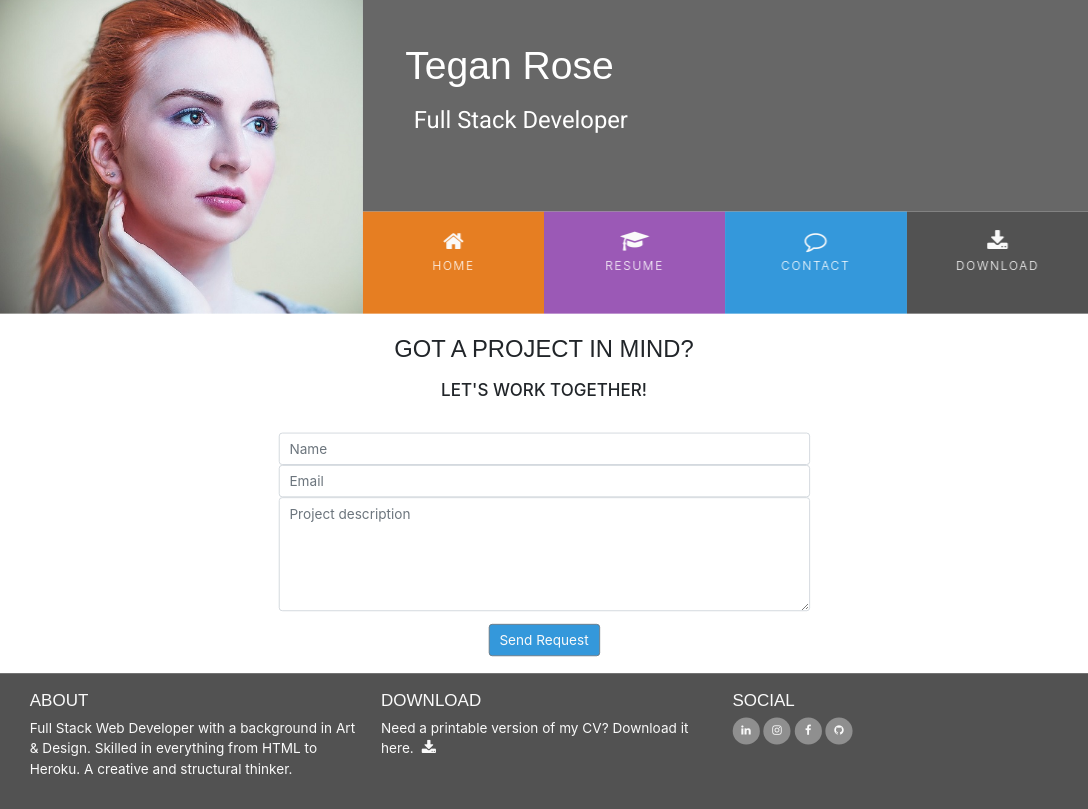
Repository: TSRose/Resume
Page: contact.html
The author's editor kept a record of every edit. The page is drawn from the files as they stood at one moment, then again after the next edit.
The browser window is 1280 px wide. The pictures show the whole page, at 85% of full size.

Above is the page before.

After the next edit:
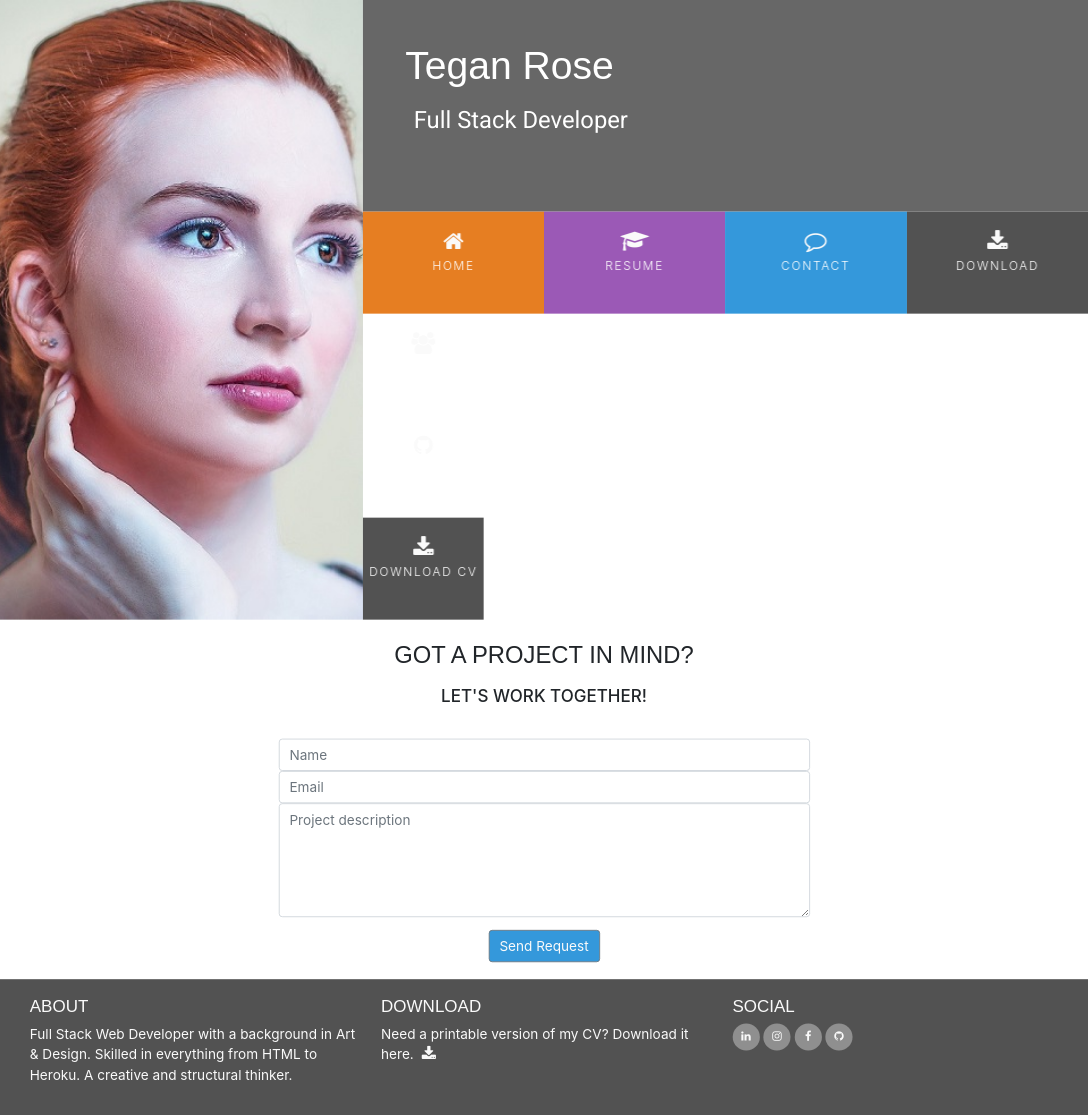
The edit:
--- a/contact.html
+++ b/contact.html
@@ -40,6 +40,15 @@
                             <li class="col-6 col-sm-3 ui-menu-color-download list-inline-item menuitem">
                                 <a href="assets/cv/trose_resume.pdf" target="_blank" class="hvr-sweep-to-bottom"><i class="fa fa-download" aria-hidden="true"></i><span>Download</span></a>
                             </li>
+                            <li class="col-xs-6 col-sm-2 ui-menu-color-interests menuitem">
+                                <a href="interests.html" class="hvr-sweep-to-bottom"><i class="fa fa-users" aria-hidden="true"></i><span>Interests</span></a>
+                            </li>
+                            <li class="col-xs-6 col-sm-2 ui-menu-color-github menuitem">
+                                <a href="github.html" class="hvr-sweep-to-bottom"><i class="fa fa-github" aria-hidden="true"></i><span>GitHub</span></a>
+                            </li>
+                            <li class="col-xs-6 col-sm-2 ui-menu-color-download menuitem">
+                                <a href="assets/cv/sample-cv.pdf" target="_blank" class="hvr-sweep-to-bottom"><i class="fa fa-download" aria-hidden="true"></i><span>Download CV</span></a>
+                            </li>
                         </ul>
                     </div>
                 </div>
@@ -57,12 +66,9 @@
                 </h5>
                 <div class="center-form">
                     <form>
-                        <input type="text" name="name" id="fullname" class="form-control"
-                        placeholder="Name" required />
-                        <input type="email" name="email" id="emailaddress" class="form-control"
-                        placeholder="Email" required />
-                        <textarea rows="5" name="projectsummary" id="projectsummary" class="form-control"
-                        placeholder="Project description" required /></textarea>
+                        <input type="text" name="name" id="fullname" class="form-control" placeholder="Name" required />
+                        <input type="email" name="email" id="emailaddress" class="form-control" placeholder="Email" required />
+                        <textarea rows="5" name="projectsummary" id="projectsummary" class="form-control" placeholder="Project description" required /></textarea>
                         <div class="form-row text-center">
                             <div class="col">
                                 <button type="submit" class="btn btn-secondary">Send Request</button>
@@ -102,7 +108,7 @@
                         <span class="sr-only">LinkedIn</span>
                         </a>
                     </li>
-                     <li class="list-inline-item">
+                    <li class="list-inline-item">
                         <a target="_blank" href="#">
                         <i class="fa fa-instagram" aria-hidden="true"></i>
                         <span class="sr-only">Instagram</span>
